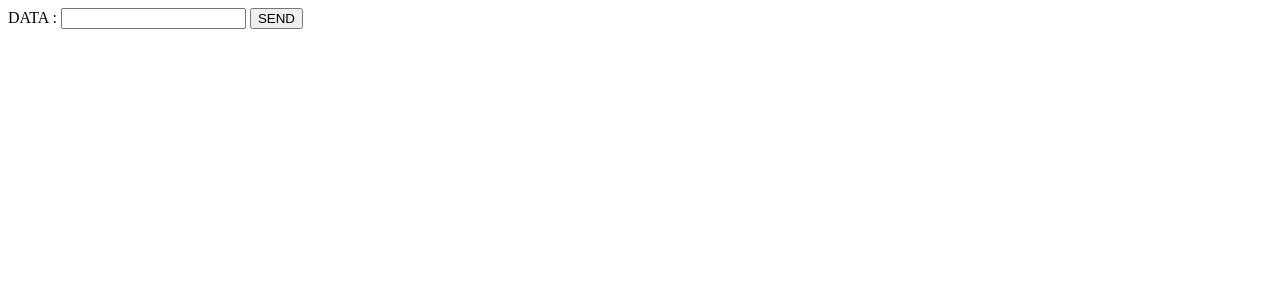
Repository: DongGeunLee99/SMHRD_
Page: 08_JSP/Ex00_Servlet/src/main/webapp/Ex03_Plus.html
An editor plug-in stored every save of this project. The page is shown before and after the next save, followed by the edit.
The browser window is 1280 px wide. The pictures show the whole page.

Above is the page before, as saved 2025-03-12 00:44:06.

### 08_JSP/Ex00_Servlet/src/main/webapp/Ex03_Plus.html
<!DOCTYPE html>
<html>
<head>
<meta charset="UTF-8">
<title>Insert title here</title>
</head>
<body>
	<form action="Ex02_DataSend">
		DATA : <input type='text' name='data'>
		<input type='submit' value="SEND">

	</form>
</body>
</html>

After the next save:
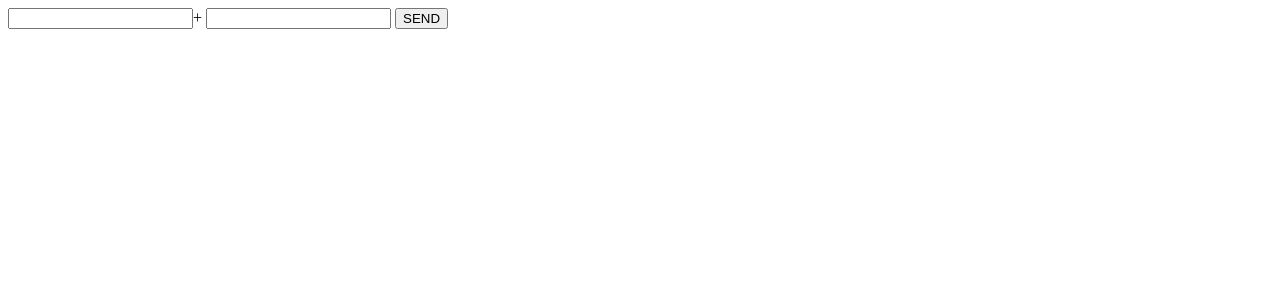
Saved 93 s later.
--- a/08_JSP/Ex00_Servlet/src/main/webapp/Ex03_Plus.html
+++ b/08_JSP/Ex00_Servlet/src/main/webapp/Ex03_Plus.html
@@ -5,8 +5,9 @@
 <title>Insert title here</title>
 </head>
 <body>
-	<form action="Ex02_DataSend">
-		DATA : <input type='text' name='data'>
+	<form action="Ex03_Plus">
+		<input type='text' name='num1'>+
+		<input type='text' name='num2'>
 		<input type='submit' value="SEND">
 
 	</form>
